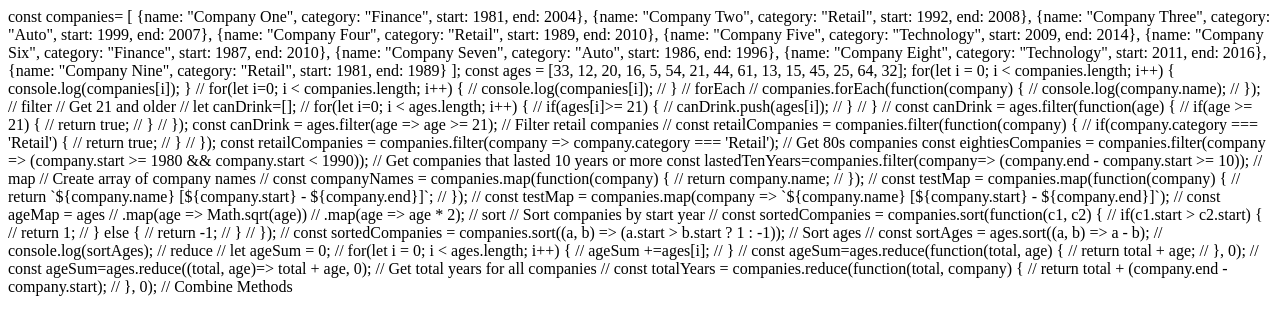
Repository: Fauzaanmhmd/vanillaHigherOrderFunctions
Page: index.html
These files come from the project's save history. The page is drawn as it stood at one moment and after the next save; the edit follows.
The browser window is 1280 px wide. The pictures show the whole page.

Above is the page before, as saved 2022-02-16 23:17:16.

### index.html
const companies= [
{name: "Company One", category: "Finance", start: 1981, end: 2004},
{name: "Company Two", category: "Retail", start: 1992, end: 2008},
{name: "Company Three", category: "Auto", start: 1999, end: 2007},
{name: "Company Four", category: "Retail", start: 1989, end: 2010},
{name: "Company Five", category: "Technology", start: 2009, end: 2014},
{name: "Company Six", category: "Finance", start: 1987, end: 2010},
{name: "Company Seven", category: "Auto", start: 1986, end: 1996},
{name: "Company Eight", category: "Technology", start: 2011, end: 2016},
{name: "Company Nine", category: "Retail", start: 1981, end: 1989}
];

const ages = [33, 12, 20, 16, 5, 54, 21, 44, 61, 13, 15, 45, 25, 64, 32];

for(let i = 0; i < companies.length; i++) { console.log(companies[i]); } // for(let i=0; i < companies.length; i++) { //
    console.log(companies[i]); // } // forEach // companies.forEach(function(company) { // console.log(company.name); //
    }); // filter // Get 21 and older // let canDrink=[]; // for(let i=0; i < ages.length; i++) { // if(ages[i]>= 21) {
    // canDrink.push(ages[i]);
    // }
    // }

    // const canDrink = ages.filter(function(age) {
    // if(age >= 21) {
    // return true;
    // }
    // });

    const canDrink = ages.filter(age => age >= 21);

    // Filter retail companies

    // const retailCompanies = companies.filter(function(company) {
    // if(company.category === 'Retail') {
    // return true;
    // }
    // });

    const retailCompanies = companies.filter(company => company.category === 'Retail');

    // Get 80s companies

    const eightiesCompanies = companies.filter(company => (company.start >= 1980 && company.start < 1990)); // Get
        companies that lasted 10 years or more const lastedTenYears=companies.filter(company=> (company.end -
        company.start >= 10));

        // map

        // Create array of company names
        // const companyNames = companies.map(function(company) {
        // return company.name;
        // });

        // const testMap = companies.map(function(company) {
        // return `${company.name} [${company.start} - ${company.end}]`;
        // });

        // const testMap = companies.map(company => `${company.name} [${company.start} - ${company.end}]`);

        // const ageMap = ages
        // .map(age => Math.sqrt(age))
        // .map(age => age * 2);



        // sort

        // Sort companies by start year

        // const sortedCompanies = companies.sort(function(c1, c2) {
        // if(c1.start > c2.start) {
        // return 1;
        // } else {
        // return -1;
        // }
        // });

        // const sortedCompanies = companies.sort((a, b) => (a.start > b.start ? 1 : -1));

        // Sort ages
        // const sortAges = ages.sort((a, b) => a - b);

        // console.log(sortAges);


        // reduce

        // let ageSum = 0;
        // for(let i = 0; i < ages.length; i++) { // ageSum +=ages[i]; // } // const ageSum=ages.reduce(function(total,
            age) { // return total + age; // }, 0); // const ageSum=ages.reduce((total, age)=> total + age, 0);

            // Get total years for all companies

            // const totalYears = companies.reduce(function(total, company) {
            // return total + (company.end - company.start);
            // }, 0);

            <!-- const totalYears = companies.reduce((total, company) => total + (company.end - company.start), 0); -->

            // Combine Methods

            <!-- const combined = ages
  .map(age => age * 2)
  .filter(age => age >= 40)
  .sort((a, b) => a - b)
  .reduce((a, b) => a + b, 0);

console.log(combined); -->

After the next save:
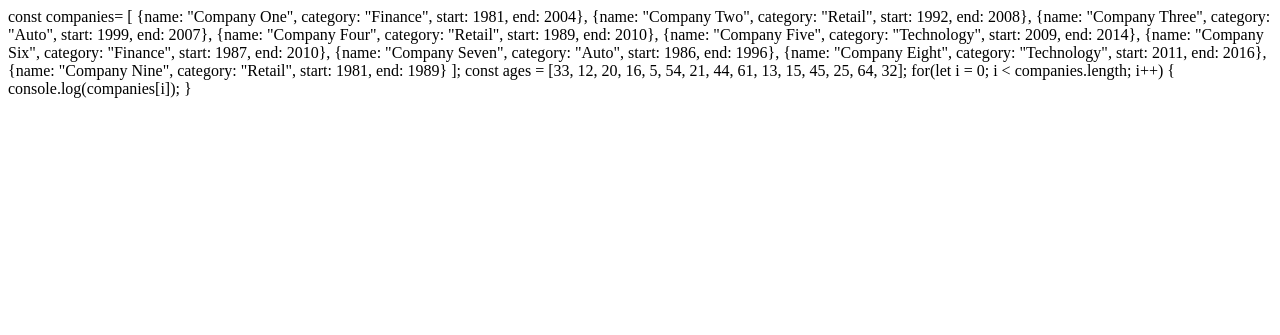
Saved 40 s later.
--- a/index.html
+++ b/index.html
@@ -12,96 +12,4 @@ const companies= [
 
 const ages = [33, 12, 20, 16, 5, 54, 21, 44, 61, 13, 15, 45, 25, 64, 32];
 
-for(let i = 0; i < companies.length; i++) { console.log(companies[i]); } // for(let i=0; i < companies.length; i++) { //
-    console.log(companies[i]); // } // forEach // companies.forEach(function(company) { // console.log(company.name); //
-    }); // filter // Get 21 and older // let canDrink=[]; // for(let i=0; i < ages.length; i++) { // if(ages[i]>= 21) {
-    // canDrink.push(ages[i]);
-    // }
-    // }
-
-    // const canDrink = ages.filter(function(age) {
-    // if(age >= 21) {
-    // return true;
-    // }
-    // });
-
-    const canDrink = ages.filter(age => age >= 21);
-
-    // Filter retail companies
-
-    // const retailCompanies = companies.filter(function(company) {
-    // if(company.category === 'Retail') {
-    // return true;
-    // }
-    // });
-
-    const retailCompanies = companies.filter(company => company.category === 'Retail');
-
-    // Get 80s companies
-
-    const eightiesCompanies = companies.filter(company => (company.start >= 1980 && company.start < 1990)); // Get
-        companies that lasted 10 years or more const lastedTenYears=companies.filter(company=> (company.end -
-        company.start >= 10));
-
-        // map
-
-        // Create array of company names
-        // const companyNames = companies.map(function(company) {
-        // return company.name;
-        // });
-
-        // const testMap = companies.map(function(company) {
-        // return `${company.name} [${company.start} - ${company.end}]`;
-        // });
-
-        // const testMap = companies.map(company => `${company.name} [${company.start} - ${company.end}]`);
-
-        // const ageMap = ages
-        // .map(age => Math.sqrt(age))
-        // .map(age => age * 2);
-
-
-
-        // sort
-
-        // Sort companies by start year
-
-        // const sortedCompanies = companies.sort(function(c1, c2) {
-        // if(c1.start > c2.start) {
-        // return 1;
-        // } else {
-        // return -1;
-        // }
-        // });
-
-        // const sortedCompanies = companies.sort((a, b) => (a.start > b.start ? 1 : -1));
-
-        // Sort ages
-        // const sortAges = ages.sort((a, b) => a - b);
-
-        // console.log(sortAges);
-
-
-        // reduce
-
-        // let ageSum = 0;
-        // for(let i = 0; i < ages.length; i++) { // ageSum +=ages[i]; // } // const ageSum=ages.reduce(function(total,
-            age) { // return total + age; // }, 0); // const ageSum=ages.reduce((total, age)=> total + age, 0);
-
-            // Get total years for all companies
-
-            // const totalYears = companies.reduce(function(total, company) {
-            // return total + (company.end - company.start);
-            // }, 0);
-
-            <!-- const totalYears = companies.reduce((total, company) => total + (company.end - company.start), 0); -->
-
-            // Combine Methods
-
-            <!-- const combined = ages
-  .map(age => age * 2)
-  .filter(age => age >= 40)
-  .sort((a, b) => a - b)
-  .reduce((a, b) => a + b, 0);
-
-console.log(combined); -->
+for(let i = 0; i < companies.length; i++) { console.log(companies[i]); }
